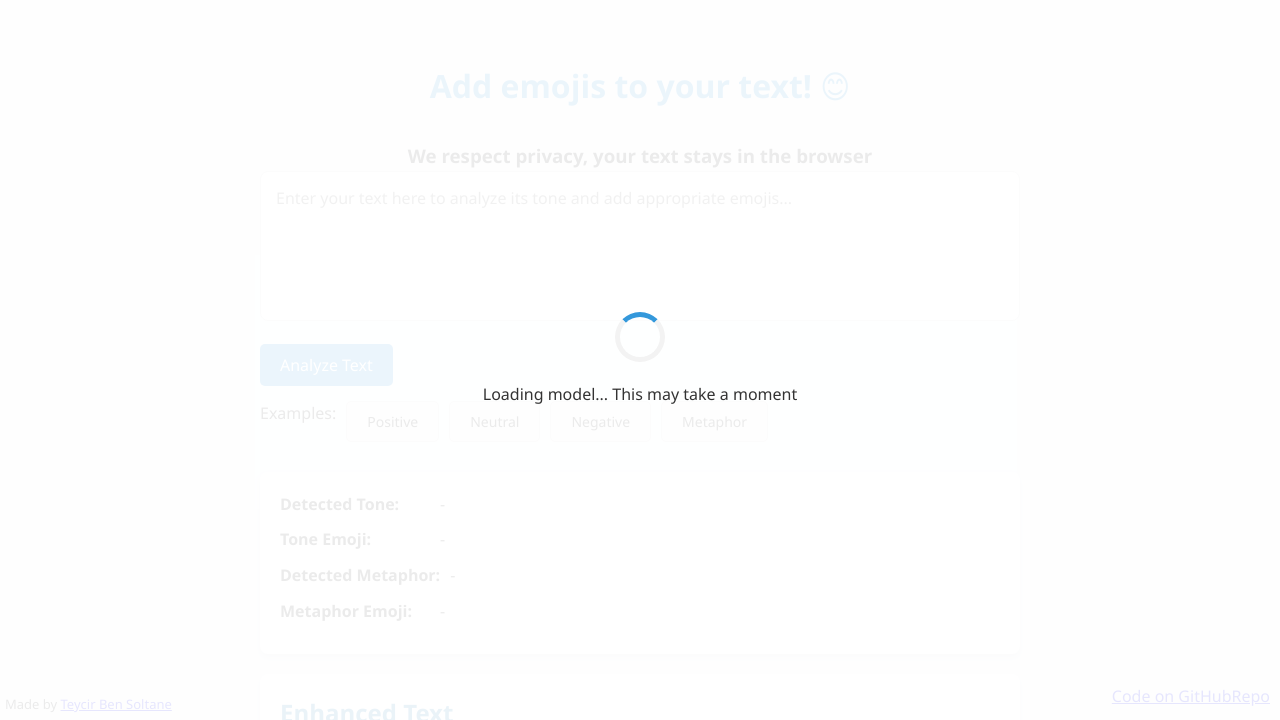
Repository: Teycir/emojiadder
Page: index.html
An editor plug-in stored every save of this project. The page is shown before and after the next save, followed by the edit.
The browser window is 1280 px wide. The pictures show the window.
A layer covers the whole window, so only the first screen is drawn.

Above is the page before, as saved 2025-03-23 11:57:52.

### index.html
<!DOCTYPE html>
<html lang="en">
<head>
    <meta charset="UTF-8">
    <meta name="viewport" content="width=device-width, initial-scale=1.0">
    <title>Text Tone Detector</title>
    <link rel="stylesheet" href="styles.css">
</head>
<body>
    <div class="container">
        <h1>Add emojis to your text! 😊</h1>

        <center> <h3>We respect privacy, your text stays in the browser</h3></center>
                <div class="input-section">
            <textarea id="text-input" placeholder="Enter your text here to analyze its tone and add appropriate emojis..."></textarea>
            <button id="analyze-btn">Analyze Text</button>
            <div class="examples">
                <p>Examples:</p>
                <button class="example-btn" data-text="I'm so happy with the results! This is amazing.">Positive</button>
                <button class="example-btn" data-text="This is just okay, nothing special.">Neutral</button>
                <button class="example-btn" data-text="I'm really disappointed with this service.">Negative</button>
                <button class="example-btn" data-text="The journey to success is like climbing a mountain.">Metaphor</button>
            </div>
        </div>

        <div class="result-section">
            <div class="result-card">
                <div class="result-item">
                    <div class="label">Detected Tone:</div>
                    <div id="tone-result" class="value">-</div>
                </div>
                <div class="result-item">
                    <div class="label">Tone Emoji:</div>
                    <div id="tone-emoji" class="value">-</div>
                </div>
                <div class="result-item">
                    <div class="label">Detected Metaphor:</div>
                    <div id="metaphor-result" class="value">-</div>
                </div>
                <div class="result-item">
                    <div class="label">Metaphor Emoji:</div>
                    <div id="metaphor-emoji" class="value">-</div>
                </div>
            </div>
            <div class="enhanced-text-card">
                <h2>Enhanced Text</h2>
                <div id="enhanced-text-result">-</div>
            </div>
        </div>

        <div class="loader-container" id="loader">
            <div class="loader"></div>
            <p>Loading model... This may take a moment</p>
        </div>
    </div>

    <!-- Note the type="module" to use ES modules (modules are deferred by default) -->
    <script type="module" src="./script.js"></script>
<div style="position: fixed; bottom: 0; left: 0; font-size: small; margin: 5px;">
  Made by <a href="https://www.teycirbensoltane.tn">Teycir Ben Soltane</a>
</div>
<a href="https://github.com/Teycir/emojiadder" style="position: fixed; bottom: 10px; right: 10px;">Code on GitHubRepo</a>
</body>
</html>

### styles.css
* {
    margin: 0;
    padding: 0;
    box-sizing: border-box;
    font-family: 'Segoe UI', Tahoma, Geneva, Verdana, sans-serif;
}

body {
    background-color: #f5f7fa;
    color: #333;
    line-height: 1.6;
}

.container {
    max-width: 800px;
    margin: 40px auto;
    padding: 20px;
}

h1 {
    text-align: center;
    margin-bottom: 30px;
    color: #3498db;
}

h2 {
    color: #2980b9;
    margin-bottom: 15px;
}

.input-section {
    margin-bottom: 30px;
}

textarea {
    width: 100%;
    height: 150px;
    padding: 15px;
    border: 1px solid #ddd;
    border-radius: 8px;
    resize: none;
    font-size: 16px;
    margin-bottom: 15px;
    transition: border 0.3s;
}

textarea:focus {
    outline: none;
    border-color: #3498db;
}

button {
    background-color: #3498db;
    color: white;
    border: none;
    padding: 10px 20px;
    border-radius: 5px;
    cursor: pointer;
    font-size: 16px;
    transition: background-color 0.3s;
}

button:hover {
    background-color: #2980b9;
}

button:disabled {
    background-color: #95a5a6;
    cursor: not-allowed;
}

.result-section {
    display: flex;
    flex-direction: column;
    gap: 20px;
    margin-bottom: 30px;
}

.result-card, .enhanced-text-card {
    background-color: white;
    border-radius: 8px;
    padding: 20px;
    box-shadow: 0 4px 6px rgba(0, 0, 0, 0.1);
}

.result-item {
    margin-bottom: 10px;
    display: flex;
    align-items: center;
}

.label {
    font-weight: bold;
    margin-right: 10px;
    min-width: 150px;
}

#enhanced-text-result {
    padding: 15px;
    background-color: #f9f9f9;
    border-radius: 5px;
    font-size: 18px;
    min-height: 60px;
    line-height: 1.5;
}

.examples-section {
    margin-top: 30px;
}

.examples {
    display: flex;
    flex-wrap: wrap;
    gap: 10px;
    margin-top: 15px;
}

.example-btn {
    background-color: #f0f0f0;
    color: #333;
    border: 1px solid #ddd;
    font-size: 14px;
}

.example-btn:hover {
    background-color: #e0e0e0;
}

/* Tone colors */
.positive {
    color: #27ae60;
}

.neutral {
    color: #f39c12;
}

.negative {
    color: #e74c3c;
}

/* Loader Styles */
.loader-container {
    position: fixed;
    top: 0;
    left: 0;
    width: 100%;
    height: 100%;
    background-color: rgba(255, 255, 255, 0.9);
    display: flex;
    flex-direction: column;
    justify-content: center;
    align-items: center;
    z-index: 1000;
}

.loader {
    border: 5px solid #f3f3f3;
    border-top: 5px solid #3498db;
    border-radius: 50%;
    width: 50px;
    height: 50px;
    animation: spin 1s linear infinite;
    margin-bottom: 20px;
}

@keyframes spin {
    0% { transform: rotate(0deg); }
    100% { transform: rotate(360deg); }
}

/* Responsive design */
@media (max-width: 600px) {
    .container {
        padding: 15px;
        margin: 20px auto;
    }

    .result-item {
        flex-direction: column;
        align-items: flex-start;
    }

    .label {
        margin-bottom: 5px;
    }

    .examples {
        flex-direction: column;
    }
}

### script.js
import TextToneDetector from './TextToneDetector.js';

// DOM event listeners
document.addEventListener('DOMContentLoaded', () => {
  console.log('DOM content loaded, initializing application');

  // DOM elements
  const textInput = document.getElementById('text-input');
  const analyzeBtn = document.getElementById('analyze-btn');
  const toneResult = document.getElementById('tone-result');
  const toneEmoji = document.getElementById('tone-emoji');
  const metaphorResult = document.getElementById('metaphor-result');
  const metaphorEmoji = document.getElementById('metaphor-emoji');
  const enhancedTextResult = document.getElementById('enhanced-text-result');
  const exampleBtns = document.querySelectorAll('.example-btn');
  const loader = document.getElementById('loader');

  // Disable analyze button until model loads
  analyzeBtn.disabled = true;

  // Make sure the loader is visible
  loader.style.display = 'flex';

  // Create detector instance
  console.log('Creating TextToneDetector instance');
  const toneDetector = new TextToneDetector();

  // Add event listener to limit textarea to 400 lines and alert if exceeded
  textInput.addEventListener('input', function() {
    const lines = this.value.split('\n');
    if (lines.length > 400) {
      alert("400 max lines allowed!");
      this.value = lines.slice(0, 400).join('\n');
    }
  });

  // Analyze text function
  async function analyzeText() {
    const text = textInput.value.trim();

    if (!text) {
      alert('Please enter some text to analyze.');
      return;
    }

    // Show loading indicator
    analyzeBtn.disabled = true;
    analyzeBtn.textContent = 'Analyzing...';

    try {
      const result = await toneDetector.analyze(text);

      // Display results
      toneResult.textContent = result.tone.charAt(0).toUpperCase() + result.tone.slice(1);
      toneResult.className = result.tone;

      toneEmoji.textContent = result.toneEmoji || 'None';

      metaphorResult.textContent = result.metaphor
        ? result.metaphor.charAt(0).toUpperCase() + result.metaphor.slice(1)
        : 'None detected';

      metaphorEmoji.textContent = result.metaphorEmoji || 'None';

      enhancedTextResult.textContent = result.enhancedText;
    } catch (error) {
      console.error('Error in analysis:', error);
      enhancedTextResult.textContent = 'An error occurred during analysis. Please try again.';
    } finally {
      // Reset button
      analyzeBtn.disabled = false;
      analyzeBtn.textContent = 'Analyze Text';
    }
  }

  // Event listeners
  analyzeBtn.addEventListener('click', analyzeText);

  textInput.addEventListener('keydown', function(e) {
    if (e.key === 'Enter' && e.ctrlKey) {
      analyzeText();
    }
  });

  // Example buttons
  exampleBtns.forEach(btn => {
    btn.addEventListener('click', function() {
      const exampleText = this.getAttribute('data-text');
      textInput.value = exampleText;
      analyzeText();
    });
  });

  // Initial instructions
  enhancedTextResult.textContent = 'Enter text and click "Analyze Text" to see the enhanced result with emojis.';
});

### TextToneDetector.js
import SentimentModel from './models/SentimentModel.js';
import MetaphorUtils from './utils/MetaphorUtils.js';
import EmojiUtils from './utils/EmojiUtils.js';

/**
 * Main class for text tone detection
 */
class TextToneDetector {
  constructor() {
    console.log('TextToneDetector constructor called');

    // Initialize components
    this.sentimentModel = new SentimentModel();
    this.metaphorUtils = new MetaphorUtils();
    this.emojiUtils = new EmojiUtils();

    // Model loading status
    this.isModelLoaded = false;

    // Initialize model
    this.initializeModel();
  }

  async initializeModel() {
    try {
      console.log('TextToneDetector: Initializing sentiment model');
      await this.sentimentModel.initialize();
      this.isModelLoaded = true;

      console.log('TextToneDetector: Model loaded successfully');

      // Hide loader when model is loaded
      const loader = document.getElementById('loader');
      if (loader) {
        loader.style.display = 'none';
        console.log('Loader hidden');
      } else {
        console.warn('Loader element not found');
      }

      // Enable analyze button
      const analyzeBtn = document.getElementById('analyze-btn');
      if (analyzeBtn) {
        analyzeBtn.disabled = false;
        console.log('Analyze button enabled');
      } else {
        console.warn('Analyze button not found');
      }
    } catch (error) {
      console.error('Error initializing model:', error);

      // Show error in the UI
      const loader = document.getElementById('loader');
      if (loader) {
        loader.innerHTML = `
          <div class="error">
            <p>Error loading model: ${error.message}</p>
            <p>Please refresh the page to try again.</p>
          </div>
        `;
      }
    }
  }

  // Analyze text and return tone with emojis
  async analyze(text) {
    if (!this.isModelLoaded) {
      return {
        originalText: text,
        tone: 'unknown',
        toneEmoji: '',
        metaphor: null,
        metaphorEmoji: '',
        enhancedText: text
      };
    }

    try {
      // Split text into paragraphs
      const paragraphs = text.split(/\n+/);
      let enhancedParagraphs = [];

      for (const paragraph of paragraphs) {
        if (!paragraph.trim()) {
          enhancedParagraphs.push('');
          continue;
        }

        // Split paragraph into sentences
        // This regex matches sentence endings: period, question mark, or exclamation mark followed by a space or end of string
        const sentences = paragraph.match(/[^.!?]+[.!?]+(\s|$)/g) || [paragraph];
        let enhancedParagraph = '';

        for (const sentence of sentences) {
          // Get sentiment from model for each sentence
          const sentimentOutput = await this.sentimentModel.analyze(sentence);

          // Determine tone based on model output
          let tone;
          if (sentimentOutput.label === 'POSITIVE') {
            tone = 'positive';
          } else if (sentimentOutput.label === 'NEGATIVE') {
            tone = 'negative';
          } else {
            tone = 'neutral';
          }

          // Find metaphors in sentence
          const words = sentence.toLowerCase().split(/\s+/);
          const metaphor = this.metaphorUtils.findMetaphor(words);

          // Get emojis for tone and metaphor
          const toneEmoji = this.emojiUtils.getToneEmoji(tone);
          const metaphorEmoji = this.emojiUtils.getMetaphorEmoji(metaphor);

          // Add emoji after the sentence's ending punctuation but before any trailing space
          const emojiString = `${toneEmoji} ${metaphorEmoji}`.trim();
          // This regex captures the end punctuation and any trailing space
          const enhancedSentence = sentence.replace(/([.!?]+)(\s|$)/, `$1 ${emojiString}$2`);
          enhancedParagraph += enhancedSentence;
        }

        enhancedParagraphs.push(enhancedParagraph);
      }

      const enhancedText = enhancedParagraphs.join('\n');

      // For the overall tone and metaphor, analyze the complete text
      const overallSentimentOutput = await this.sentimentModel.analyze(text);
      let overallTone;
      if (overallSentimentOutput.label === 'POSITIVE') {
        overallTone = 'positive';
      } else if (overallSentimentOutput.label === 'NEGATIVE') {
        overallTone = 'negative';
      } else {
        overallTone = 'neutral';
      }

      const words = text.toLowerCase().split(/\s+/);
      const overallMetaphor = this.metaphorUtils.findMetaphor(words);

      const toneEmoji = this.emojiUtils.getToneEmoji(overallTone);
      const metaphorEmoji = this.emojiUtils.getMetaphorEmoji(overallMetaphor);

      return {
        originalText: text,
        tone: overallTone,
        toneEmoji: toneEmoji,
        metaphor: overallMetaphor,
        metaphorEmoji: metaphorEmoji,
        enhancedText: enhancedText
      };
    } catch (error) {
      console.error('Error analyzing text:', error);
      return {
        originalText: text,
        tone: 'error',
        toneEmoji: '❓',
        metaphor: null,
        metaphorEmoji: '',
        enhancedText: text + ' ❓'
      };
    }
  }
}

export default TextToneDetector;

### models/SentimentModel.js
// Import the pipeline directly from the Transformers library
import { pipeline } from 'https://cdn.jsdelivr.net/npm/@xenova/transformers@2.14.0/dist/transformers.min.js';

/**
 * Handles sentiment analysis using Transformers.js
 * Implements caching to avoid reloading the model
 */
class SentimentModel {
  // Static properties for caching
  static instance = null;
  static pipelineInstance = null;
  static isInitializing = false;
  static initPromise = null;

  constructor() {
    this.isLoaded = SentimentModel.pipelineInstance !== null;
    this.pipeline = SentimentModel.pipelineInstance;

    console.log('SentimentModel constructor called, cached:', this.isLoaded);

    // Return existing instance if available
    if (SentimentModel.instance) {
      console.log('Returning cached SentimentModel instance');
      return SentimentModel.instance;
    }

    // Store this instance as the singleton
    SentimentModel.instance = this;
  }

  /**
   * Initialize the sentiment analysis model
   * @returns {Promise} Resolves when model is loaded
   */
  async initialize() {
    // If model is already loaded, return immediately
    if (this.isLoaded) {
      console.log('Model already loaded, using cached instance');
      return Promise.resolve(true);
    }

    // If initialization is in progress, return the existing promise
    if (SentimentModel.isInitializing) {
      console.log('Model initialization already in progress, waiting...');
      return SentimentModel.initPromise;
    }

    // Create a new initialization promise
    SentimentModel.isInitializing = true;
    SentimentModel.initPromise = new Promise(async (resolve, reject) => {
      try {
        console.log('Starting to initialize sentiment model');

        try {
          console.log('Initializing sentiment model');

          // Initialize the sentiment analysis pipeline
          console.log('Loading sentiment analysis model...');
          SentimentModel.pipelineInstance = await pipeline('sentiment-analysis', 'Xenova/distilbert-base-uncased-finetuned-sst-2-english');
          console.log('Sentiment analysis model loaded successfully');

          // Update instance properties
          this.pipeline = SentimentModel.pipelineInstance;
          this.isLoaded = true;

          resolve(true);
        } catch (innerError) {
          console.error('Error in Transformers initialization:', innerError);
          SentimentModel.isInitializing = false;
          reject(innerError);
        }
      } catch (error) {
        console.error('Error initializing model:', error);
        SentimentModel.isInitializing = false;
        reject(error);
      }
    });

    return SentimentModel.initPromise;
  }

  /**
   * Analyze text sentiment
   * @param {string} text - Text to analyze
   * @returns {Object} Sentiment result
   */
  async analyze(text) {
    if (!this.isLoaded) {
      throw new Error('Model not loaded yet');
    }

    try {
      const result = await this.pipeline(text);
      return result[0];
    } catch (error) {
      console.error('Error in sentiment analysis:', error);
      throw error;
    }
  }
}

export default SentimentModel;

### utils/EmojiUtils.js
/**
 * Provides emoji-related functionality
 */
class EmojiUtils {
    constructor() {
      // Metaphor emoji mappings
      this.metaphorEmojis = {
        speed: ['🚀', '⚡', '💨', '🏃‍♂️'],
        strength: ['💪', '🦾', '🦁', '🐂'],
        growth: ['🌱', '🌳', '📈', '⬆️'],
        time: ['⏰', '⌛', '🕒', '📅'],
        money: ['💰', '💵', '💸', '💲'],
        success: ['🏆', '🥇', '🎖️', '🔝'],
        failure: ['👎', '📉', '❌', '💥'],
        idea: ['💡', '✨', '🧠', '🤔'],
        communication: ['💬', '📣', '📱', '✉️'],
        love: ['❤️', '💕', '💘', '🌹'],
        journey: ['🛣️', '🧭', '🧳', '🚶‍♂️'],
        competition: ['🏁', '🥊', '⚔️', '🎯'],
        health: ['🏥', '💊', '🩺', '🫀'],
        technology: ['📱', '💻', '🤖', '⚙️'],
        education: ['📚', '🎓', '✏️', '🧮'],
        nature: ['🌿', '🌳', '🌊', '🏔️'],
        celebration: ['🎉', '🎊', '🥂', '🎈']
      };

      // Tone emoji mappings
      this.toneEmojis = {
        positive: ['😊', '😄', '🥰', '✨', '👍', '🙌'],
        neutral: ['😐', '🤔', '🧐', '📝', '🔍', '💭'],
        negative: ['😔', '😢', '😞', '😠', '👎', '💔']
      };
    }

    /**
     * Get random emoji from a list
     * @param {Array} emojiList - List of emojis to choose from
     * @returns {string} - Random emoji
     */
    getRandomEmoji(emojiList) {
      if (!emojiList || emojiList.length === 0) {
        return '';
      }
      const randomIndex = Math.floor(Math.random() * emojiList.length);
      return emojiList[randomIndex];
    }

    /**
     * Get emoji for a tone
     * @param {string} tone - Tone to get emoji for
     * @returns {string} - Emoji
     */
    getToneEmoji(tone) {
      return this.getRandomEmoji(this.toneEmojis[tone] || []);
    }

    /**
     * Get emoji for a metaphor
     * @param {string} metaphor - Metaphor to get emoji for
     * @returns {string} - Emoji
     */
    getMetaphorEmoji(metaphor) {
      return metaphor ? this.getRandomEmoji(this.metaphorEmojis[metaphor] || []) : '';
    }
  }

  export default EmojiUtils;

Loaded but not shown: utils/MetaphorUtils.js (330 lines, source omitted)

After the next save:
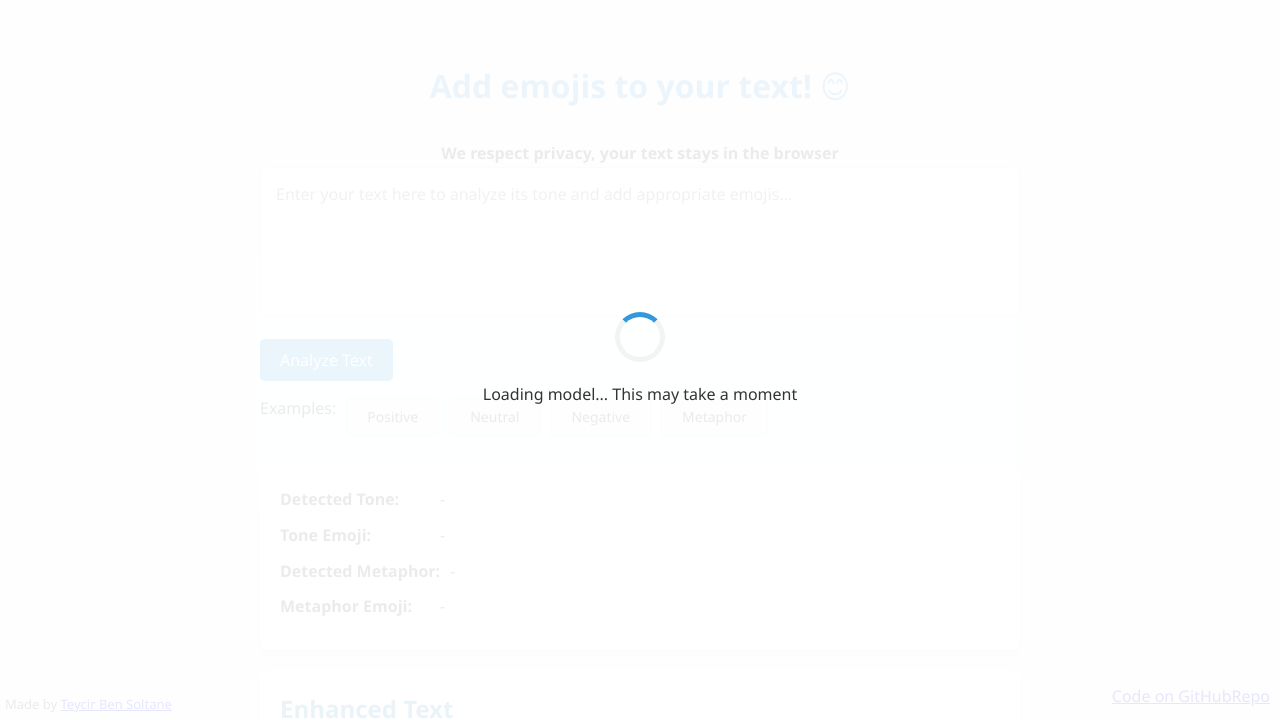
Saved 38 s later.
--- a/index.html
+++ b/index.html
@@ -10,7 +10,7 @@
     <div class="container">
         <h1>Add emojis to your text! 😊</h1>
 
-        <center> <h3>We respect privacy, your text stays in the browser</h3></center>
+        <center> <h4>We respect privacy, your text stays in the browser</h4></center>
                 <div class="input-section">
             <textarea id="text-input" placeholder="Enter your text here to analyze its tone and add appropriate emojis..."></textarea>
             <button id="analyze-btn">Analyze Text</button>
